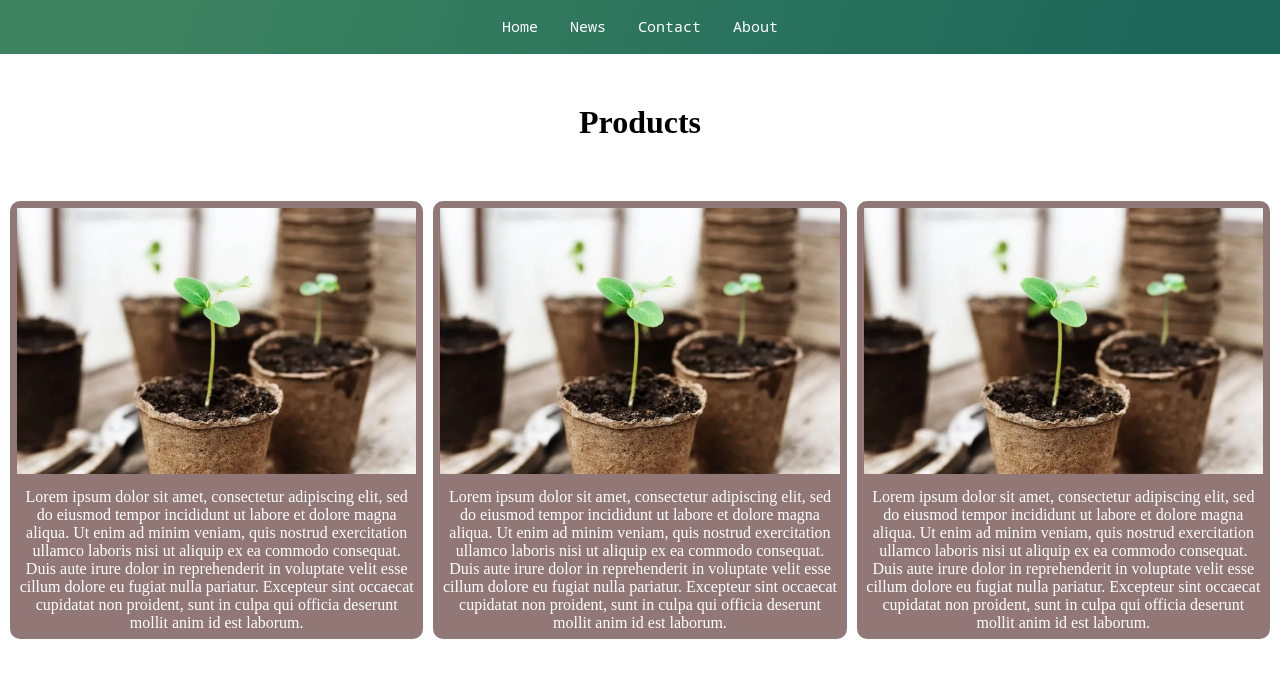
Repository: Flexo874/ISITECH-HTML-CSS
Page: index.html
An editor plug-in stored every save of this project. The page is shown before and after the next save, followed by the edit.
The browser window is 1280 px wide. The pictures show the whole page.

Above is the page before, as saved 2024-01-02 13:31:16.

After the next save:
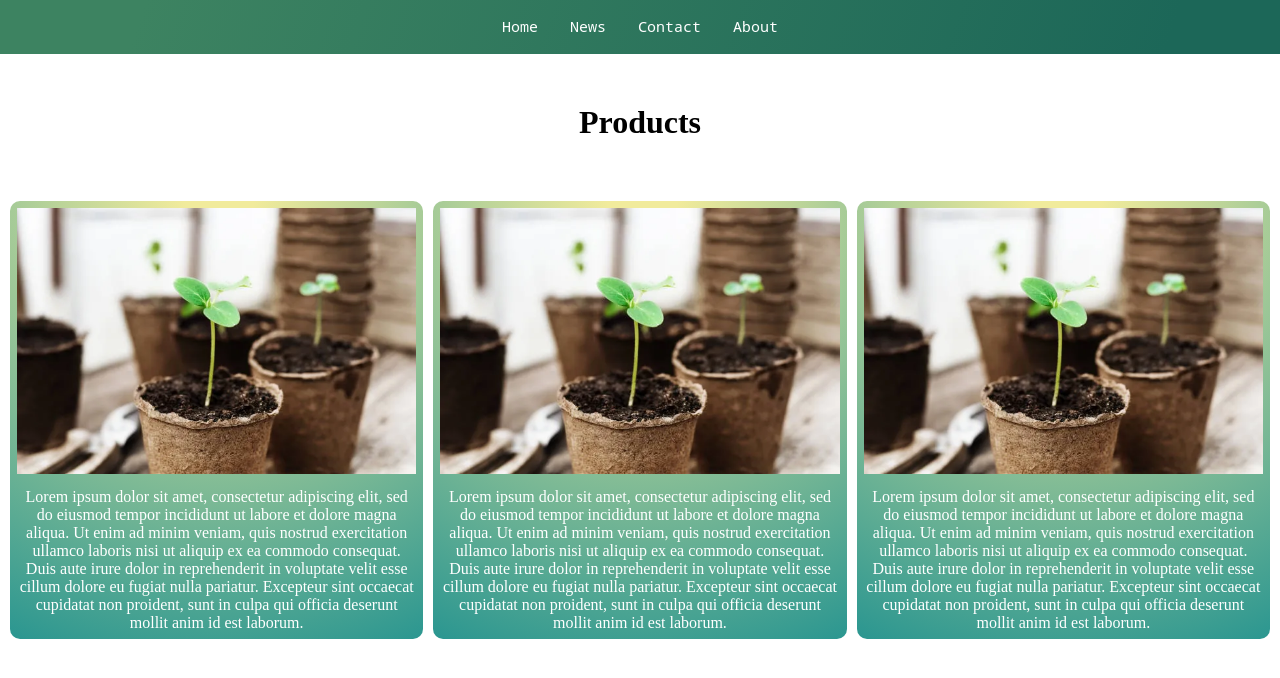
Saved 3 min 5 s later.
--- a/style.css
+++ b/style.css
@@ -52,7 +52,7 @@ h1 {
     text-align: center;
 }
 .item {
-    background-color: #927777;
+    background-image: radial-gradient( circle 575px at 50.6% -1.5%,  rgba(241,235,156,1) 6.2%, rgba(5,134,142,1) 100.2% );
     display: flex;
     flex-direction: column;
     align-items: center;
